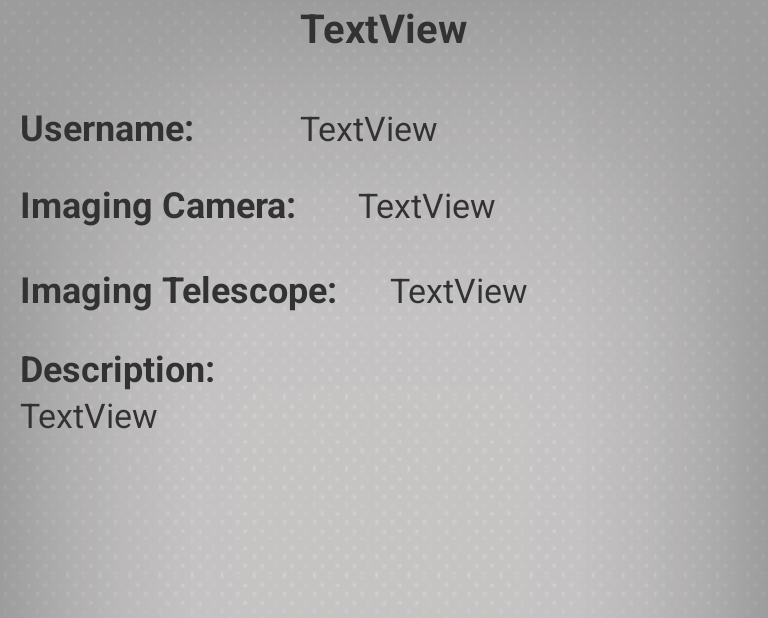
Repository: arianaantonio/APD2
Layout: AstroPix/res/layout/activity_detail.xml
These files come from the project's save history. The layout is drawn as it stood at one moment and after the next save; the edit follows.
The pictures show rows 0 to 618 of an output 1280 px tall.
Pictures or frames that could not be fetched are drawn as grey boxes. It is drawn on a 768 x 1280 px phone screen (xhdpi) without system bars, with theme AppTheme; the app's code is not run.

Above is the layout before, as saved 2014-09-10 08:23:08.

### AstroPix/res/layout/activity_detail.xml
<?xml version="1.0" encoding="utf-8"?>
<RelativeLayout xmlns:android="http://schemas.android.com/apk/res/android"
    android:layout_width="match_parent"
    android:layout_height="match_parent"
    android:orientation="vertical"
    android:background="@drawable/background" >

    <TextView
        android:id="@+id/textView1"
        android:layout_width="wrap_content"
        android:layout_height="wrap_content"
        android:layout_alignParentTop="true"
        android:layout_centerHorizontal="true"
        android:text="TextView"
        android:textSize="20sp"
        android:textStyle="bold" />

    <TextView
        android:id="@+id/textView3"
        android:layout_width="wrap_content"
        android:layout_height="wrap_content"
        android:layout_marginRight="10dp"
        android:layout_alignBaseline="@+id/textView2"
        android:layout_alignBottom="@+id/textView2"
        android:layout_alignLeft="@+id/textView1"
        android:layout_alignParentRight="true"
        android:text="TextView"
        android:textSize="17sp" />

    <TextView
        android:id="@+id/textView7"
        android:layout_width="wrap_content"
        android:layout_height="wrap_content"
        android:layout_above="@+id/textView5"
        android:layout_alignParentRight="true"
        android:layout_marginLeft="10dp"
        android:layout_toRightOf="@+id/textView5"
        android:text="TextView"
        android:textSize="17sp" />

    <TextView
        android:id="@+id/textView8"
        android:layout_width="wrap_content"
        android:layout_height="wrap_content"
        android:layout_above="@+id/textView6"
        android:layout_alignLeft="@+id/textView7"
        android:layout_alignParentRight="true"
        android:layout_marginLeft="16dp"
        android:text="TextView"
        android:textSize="17sp" />

    <TextView
        android:id="@+id/textView9"
        android:layout_width="wrap_content"
        android:layout_height="wrap_content"
        android:layout_alignParentLeft="true"
        android:layout_alignParentRight="true"
        android:layout_below="@+id/textView6"
        android:layout_marginLeft="10dp"
        android:layout_marginRight="10dp"
        android:lines="5"
        android:text="TextView"
        android:textSize="17sp" />

    <TextView
        android:id="@+id/textView5"
        android:layout_width="wrap_content"
        android:layout_height="wrap_content"
        android:layout_alignParentLeft="true"
        android:layout_below="@+id/textView4"
        android:layout_marginTop="18dp"
        android:text="@string/telescope"
        android:layout_marginLeft="10dp"
        android:textSize="18sp"
        android:textStyle="bold" />

    <TextView
        android:id="@+id/textView6"
        android:layout_width="wrap_content"
        android:layout_height="wrap_content"
        android:layout_alignParentLeft="true"
        android:layout_below="@+id/textView5"
        android:layout_marginTop="15dp"
        android:text="@string/description"
        android:layout_marginLeft="10dp"
        android:textSize="18sp"
        android:textStyle="bold" />

    <TextView
        android:id="@+id/textView4"
        android:layout_width="wrap_content"
        android:layout_height="wrap_content"
        android:layout_alignParentLeft="true"
        android:layout_below="@+id/textView2"
        android:layout_marginTop="14dp"
        android:text="@string/camera"
        android:layout_marginLeft="10dp"
        android:textSize="18sp"
        android:textStyle="bold" />

    <TextView
        android:id="@+id/textView2"
        android:layout_width="wrap_content"
        android:layout_height="wrap_content"
        android:layout_alignParentLeft="true"
        android:layout_below="@+id/textView1"
        android:layout_marginTop="24dp"
        android:text="@string/username"
        android:layout_marginLeft="10dp"
        android:textSize="18sp"
        android:textStyle="bold" />

    <com.loopj.android.image.SmartImageView
       android:id="@+id/runner_up"
       android:layout_width="match_parent"
       android:layout_height="160dp"
       android:layout_below="@+id/textView9"
       android:layout_marginTop="10dp"
       android:layout_marginLeft="10dp"
       android:layout_marginRight="10dp"
       android:visibility="visible" />

</RelativeLayout>

### AstroPix/res/values/strings.xml
<?xml version="1.0" encoding="utf-8"?>
<resources>

    <string name="app_name">AstroPix</string>
    <string name="title_section1">Section 1</string>
    <string name="title_section2">Section 2</string>
    <string name="title_section3">Section 3</string>
    <string name="navigation_drawer_open">Open navigation drawer</string>
    <string name="navigation_drawer_close">Close navigation drawer</string>
    <string name="action_example">Example action</string>
    <string name="action_settings">Settings</string>
    <string name="splash">Splash Screen Image</string>
    <color name="Black">#000000</color>
    <string name="imageOfTheDay">Image Of The Day</string>
    <string name="runnerUp">Runner Up</string>
    <string name="description">Description:</string>
    <string name="username">Username:</string>
    <string name="camera">Imaging Camera:</string>
    <string name="telescope">Imaging Telescope:</string>
    <string name="about">About</string>
    <string name="favorite">Favorite</string>
    <string name="share">Share</string>

</resources>

Loaded but not shown: AstroPix/res/values/styles.xml (common file); AstroPix/res/values-v11/styles.xml (common file); AstroPix/res/values-v14/styles.xml (common file)

After the next save:
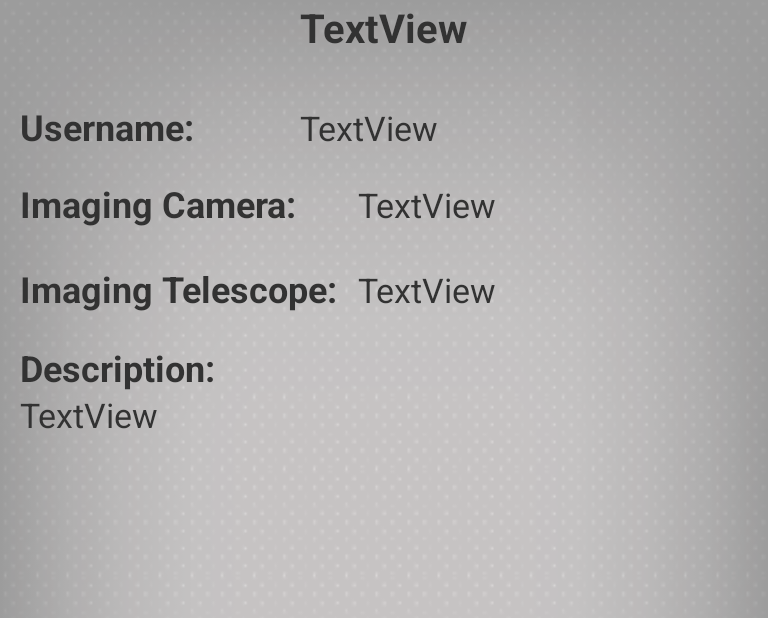
Saved 20 s later.
--- a/AstroPix/res/layout/activity_detail.xml
+++ b/AstroPix/res/layout/activity_detail.xml
@@ -45,7 +45,7 @@
         android:layout_above="@+id/textView6"
         android:layout_alignLeft="@+id/textView7"
         android:layout_alignParentRight="true"
-        android:layout_marginLeft="16dp"
+        android:layout_marginRight="16dp"
         android:text="TextView"
         android:textSize="17sp" />
 
